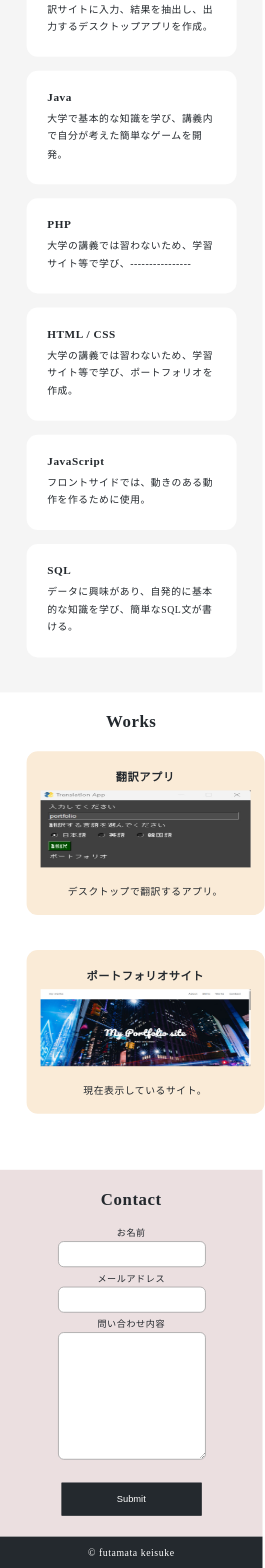
Repository: F-ksk/portfolio
Page: index.html
The author's editor kept a copy of each file at every save. The page is drawn from the files as they stood at one save, then again after the next save.
The browser window is 375 px wide. The page is 378 px wide, so the pictures cover 378 px, including what lies to the right of the window. The pictures show the part of the page from y = 1663 to 3903 px (the page is 3903 px tall before and 3863 px after), at 70% of full size.

Above is the page before, as saved 2023-06-30 00:42:13.

### index.html
<!DOCTYPE html>
<html>
    <head>
        <meta charset="UTF-8" />
        <meta http-equiv="X-UA-Compatible" content="IE=edge" />
        <meta name="viewport" content="width=device-width, initial-scale=1.0" />
        <meta name="robots" content="noindex" />
        <title>FK Portfolio</title>
        <link rel="stylesheet" href="css/reset.css" />
        <link rel="stylesheet" href="css/style.css" />
    </head>
    <body>

        <header>
            <a href="index.html">FK works</a>
            <nav>
                <ul>
                    <li><a href="#about">About</a></li>
                    <li><a href="#skills">Skills</a></li>
                    <li><a href="#works">Works</a></li>
                    <li><a href="#contact">Contact</a></li>
                </ul>
            </nav>
        </header>

        <div class="main-visual">
            <div>
                <h1>My Portfolio site</h1>
                <p>web enjineer</p>
            </div>
        </div>

        <section id="about">
            <h2>About</h2>
            <div id="about-name">
                <h3>二俣 圭介</h3>
                <p>futamata keisuke</p>
            </div>
            <div id="about-detail">
                <p>
                    国立大学法人福井大学・工学部・電気電子情報工学科在学中。<br>
                    大学でプログラミングを学び、プログラミングスキルを向上させるため、日々、勉強しています。
                    C,Python,Java,HTML,CSS,SQLの知識とプログラミング経験があります。<br>
                    趣味はツーリング。
                </p>
                <img src="./img/man.jpg">
            </div>
        </section>
        <section id="skills">
            <h2>Skills</h2>
            <div class="skill-list">
                <div class="skill-item">
                    <h3>C</h3>
                    <p>大学で基本から、構造体、高水準入出力関数、低水準入出力関数などを学び、ライブラリ作成、画像処理、ネットワーク通信、アルゴリズム(greedy algorithm, Horspool法, Dynamic programming, Branch and Bound approch, ...)の実装など、幅広く経験。</p>
                </div>
                <div class="skill-item">
                    <h3>Python</h3>
                    <p>大学で基本的な知識を学び、自ら参考書などで自動化、スクレイピングを学習。webブラウザの自動化とスクレイピングを利用して、google翻訳サイトに入力、結果を抽出し、出力するデスクトップアプリを作成。</p>
                </div>
                <div class="skill-item">
                    <h3>Java</h3>
                    <p>大学で基本的な知識を学び、講義内で自分が考えた簡単なゲームを開発。</p>
                </div>
                <div class="skill-item">
                    <h3>PHP</h3>
                    <p>大学の講義では習わないため、学習サイト等で学び、----------------</p>
                </div>
                <div class="skill-item">
                    <h3>HTML / CSS</h3>
                    <p>大学の講義では習わないため、学習サイト等で学び、ポートフォリオを作成。</p>
                </div>
                <div class="skill-item">
                    <h3>JavaScript</h3>
                    <p>フロントサイドでは、動きのある動作を作るために使用。</p>
                </div>
                <div class="skill-item">
                    <h3>SQL</h3>
                    <p>データに興味があり、自発的に基本的な知識を学び、簡単なSQL文が書ける。</p>
                </div>
            </div>
        </section>
        <section id="works">
            <h2>Works</h2>
            <div class="work-item">
                <div class="work-description">
                    <h3>翻訳アプリ</h3>
                    <img src="./img/portfolio.jpg">
                    <p>デスクトップで翻訳するアプリ。</p>
                </div>

                <div class="work-description">
                    <h3>ポートフォリオサイト</h3>
                    <img src="./img/portfolio(2).png">
                    <p>現在表示しているサイト。</p>
                </div>

            </div>
        </section>
        <section id="contact">
            <h2>Contact</h2>
            <div class="contact-form">
                <!--<iframe src="https://docs.google.com/forms/d/e/1FAIpQLSfhIRxsClYk-LjjOeqSs9rPikyz6iXAlGFSL5PuYS38eefG3A/viewform?embedded=true" width="640" height="682" frameborder="0" marginheight="0" marginwidth="0">読み込んでいます…</iframe> -->

                <form action="https://docs.google.com/forms/u/0/d/e/1FAIpQLSfhIRxsClYk-LjjOeqSs9rPikyz6iXAlGFSL5PuYS38eefG3A/formResponse" target="_self" method="POST" id="mG61Hd">
                    <dl>
                        <dt>お名前</dt>
                        <dd><input name="entry.{1209985459}" type="text" required="required" id="textfield" class="g_form"></dd>
                        <dt>メールアドレス</dt>
                        <dd><input name="entry.{1499214278}" type="text" class="g_form" id="textfield2"></dd>
                        <dt>問い合わせ内容</dt>
                        <dd><textarea name="entry.{1422841443}" required class="g_form_text" id="entry.{1422841443}"></textarea></dd>
                      </dl>
                      <div class="button"><input type="submit" class="btbt"></div>
                </form>

            </div>
        </section>
        <footer>
            <p>&copy; futamata keisuke</p>
        </footer>
    </body>
</html>

### css/style.css
@charset "UTF-8";
@import url('https://fonts.googleapis.com/css2?family=Roboto:wght@100;300;400;500;700;900&display=swap');
@import url('https://fonts.googleapis.com/css2?family=Noto+Sans+JP:wght@300;400;500;700;900&display=swap');
@import url('https://fonts.googleapis.com/css2?family=Pacifico&display=swap');

html {
  font-size: 100%;
}

body {
    color: #24292e;
    letter-spacing: 0.05em;
}

a,a:visited {
    color: #24292e;
    text-decoration: none;
}

img {
    max-width: 100%;
}

li {
    list-style: none;
}

p {
    line-height: 1.8;
    font-size: 14px;
}

h1 {
    font-size: 60px;
    font-family: 'Pacifico';
}

h2 {
    font-size: 1.5rem;
    text-align: center;
    margin-bottom: 65px;
}

h3 {
    font-size: 16px;
}

header {
    max-width: 100%;
    background-color: #fff;
    display: flex;
    justify-content: space-between;
    height: 80px;
    padding: 0 4%;
    align-items: center;
    position: sticky;
    top: 0;
}

header ul {
    display: flex;
}

header li {
    margin-left: 30px;
}

.main-visual {
    width: 100%;
    height: 550px;
    background-image: url(../img/town.jpg);
    background-size: cover;
    color: #FFF;
    text-align: center;
    display: flex;
    justify-content: center;
    align-items: center;
}

.main-visual p {
    margin-top: 20px;
    font-size: 18px;
}

#about-name{
    display: flex;
    justify-content: flex-start;
    align-items: center;
}

#about h2 {
    margin-top: 40px;
}

#about h3 {
    margin-right: 10px;
}

#about p {
    width: 80%;
}

#about-detail {
    margin-top: 30px;
    display: flex;
    justify-content: space-between;
}

#about img {
    width: 100px;
    height: 100px;
    border-radius: 50%;
    object-fit: cover;
    border-style: solid;
    border-width: 1px;
}

section {
    padding: 30px 10%;
}

#skills {
    background-color: #f5f5f5;
}

#skills h3 {
    margin-bottom: 10px;
}

.skill-list {
    display: flex;
    justify-content: space-between;
    flex-wrap: wrap;
}

.skill-item {
    width: 48%;
    background-color: #fff;
    border-radius: 16px;
    margin-bottom: 20px;
    padding: 30px;
    box-sizing: border-box;
}

.work-item {
    display: flex;
    justify-content: space-between;
}

#works img {
    width: 45%;
    height: 110px;
}

.work-description {
    padding: 20px;
    background-color:antiquewhite;
    border-radius: 16px;
    width: 40%;
    text-align: center;
}

.work-description p {
    margin-top: 10px;
}

.work-description h3 {
    margin-top: 10px;
    margin-bottom: 10px;
}

#contact {
    background-color: #EBDFE0;
    text-align: center;
}

#contact form {
    width: 70%;
    margin: 0 auto;
}

#contact dl {
    display: flex;
    flex-wrap: wrap;
    margin-bottom: 20px;
}

#contact dt {
    width: 15%;
    font-size: 13px;
}

#contact dd {
    width: 85%;
    margin-bottom: 10px;
}

#contact dd input,
#contact dd textarea {
    width: 100%;
    border: solid 1px #999999;
    padding: 10px;
    background-color: #fff;
    border-radius: 8px;
}

#contact dd textarea {
    height: 10rem;
}

#contact .button {
    text-align: center;
}

#contact .button input {
    width: 200px;
    background-color: #24292e;
    color: #fff;
    padding: 15px 0;
    border: solid 1px #24292e;
}

#contact .button input:hover {
    background: #fff;
    color: #24292e;
}

footer {
    background-color: #24292e;
    color: #fff;
    font-size:  0.5rem;
    padding: 10px 20px;
    text-align: center;
}

@media screen and (max-width: 414px) {
	h2 {
        margin-bottom: 30px;
    }

    header {
        max-width: 100%;
        flex-direction: column;
        height: auto;
        padding: auto;
    }

    #about {
        text-align:  center;
    }

    #about h3 {
        margin: 0;
    }

    #about-name {
        flex-direction: column;
        align-items: center;
    }

    #about-detail {
        flex-direction: flex;
        flex-direction: column-reverse;
        align-items: center;
    }

    #about-detail p {
        text-align: left;
        margin-top: 30px;
        width: 100%;
    }

    .skill-item {
        width: 100%;
    }

    .work-item {

        width: 100%;
        flex-direction: column;
    }

    #works img {
        width: 100%;
        margin-bottom: 10px;
    }

    .work-description {
        margin-bottom: 50px;
        width: 100%;
    }

    #contact form {
        text-align: center;
    }

    #contact input {
        width: 100%;
    }

    #contact dl{
        flex-direction: column;
        width: 100%;
    }

    #contact dt{
        width: auto;
        margin-bottom: 5px;
    }

    #contact dd{
        width: 90%;
    }
}

Loaded but not shown: css/reset.css (common file)

After the next save:
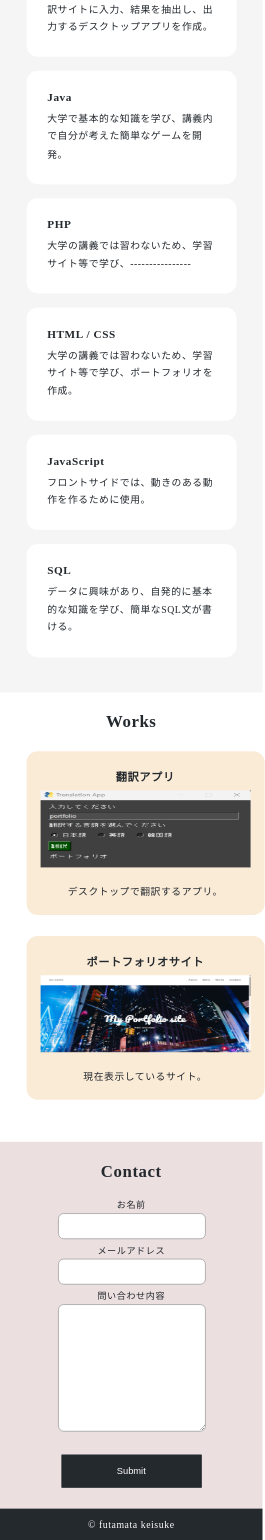
Saved 15 s later.
--- a/css/style.css
+++ b/css/style.css
@@ -286,7 +286,7 @@ footer {
     }
 
     .work-description {
-        margin-bottom: 50px;
+        margin-bottom: 30px;
         width: 100%;
     }
 
